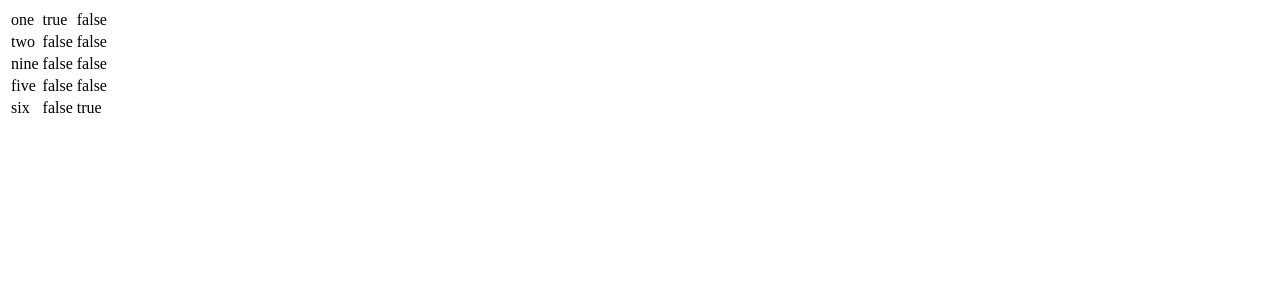
Repository: ShashantNagpure/AllProjects
Page: http://localhost/JspDemo/foreach.jsp
These files come from the project's save history. The page is drawn as it stood at one moment and after the next save; the edit follows.
The browser window is 1280 px wide. The pictures show the whole page.
The page is served by Tomcat 9.

Above is the page before, as saved 2018-09-18 09:14:25.

After the next save:
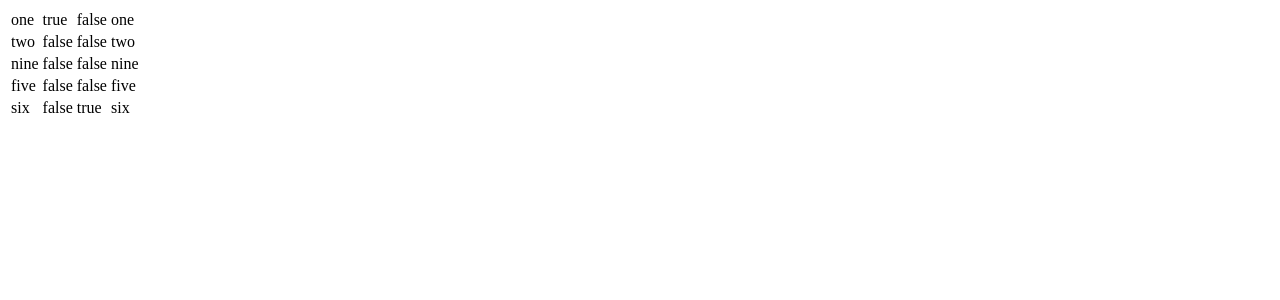
Saved 12 s later.
--- a/JspDemo/WebContent/foreach.jsp
+++ b/JspDemo/WebContent/foreach.jsp
@@ -18,7 +18,7 @@
 <td><c:out value="${myNum}"></c:out></td>
 <td><c:out value="${st.first}"></c:out></td>
 <td><c:out value="${st.last}"></c:out></td>
-
+<td><c:out value="${st.current}"></c:out></td>
 </c:forEach>
 </table>
 </body>
